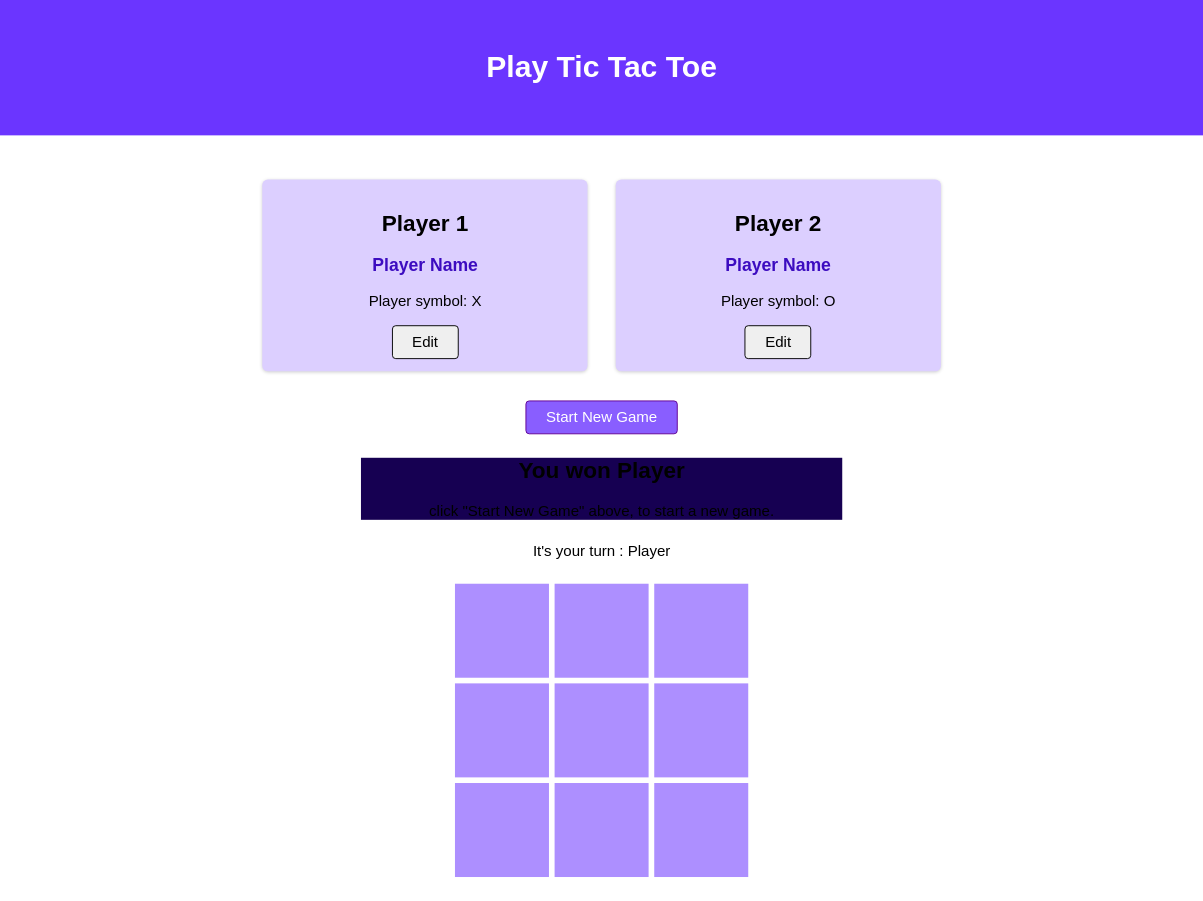
Repository: Harjot00/Wevdev
Page: Tic tac toe/index.html
These files come from the project's save history. The page is drawn as it stood at one moment and after the next save; the edit follows.
The browser window is 1280 px wide. The pictures show the whole page, at 94% of full size.
Some web fonts or font styles are not loaded; a fallback is used.

Above is the page before, as saved 2022-05-21 19:55:32.

After the next save:
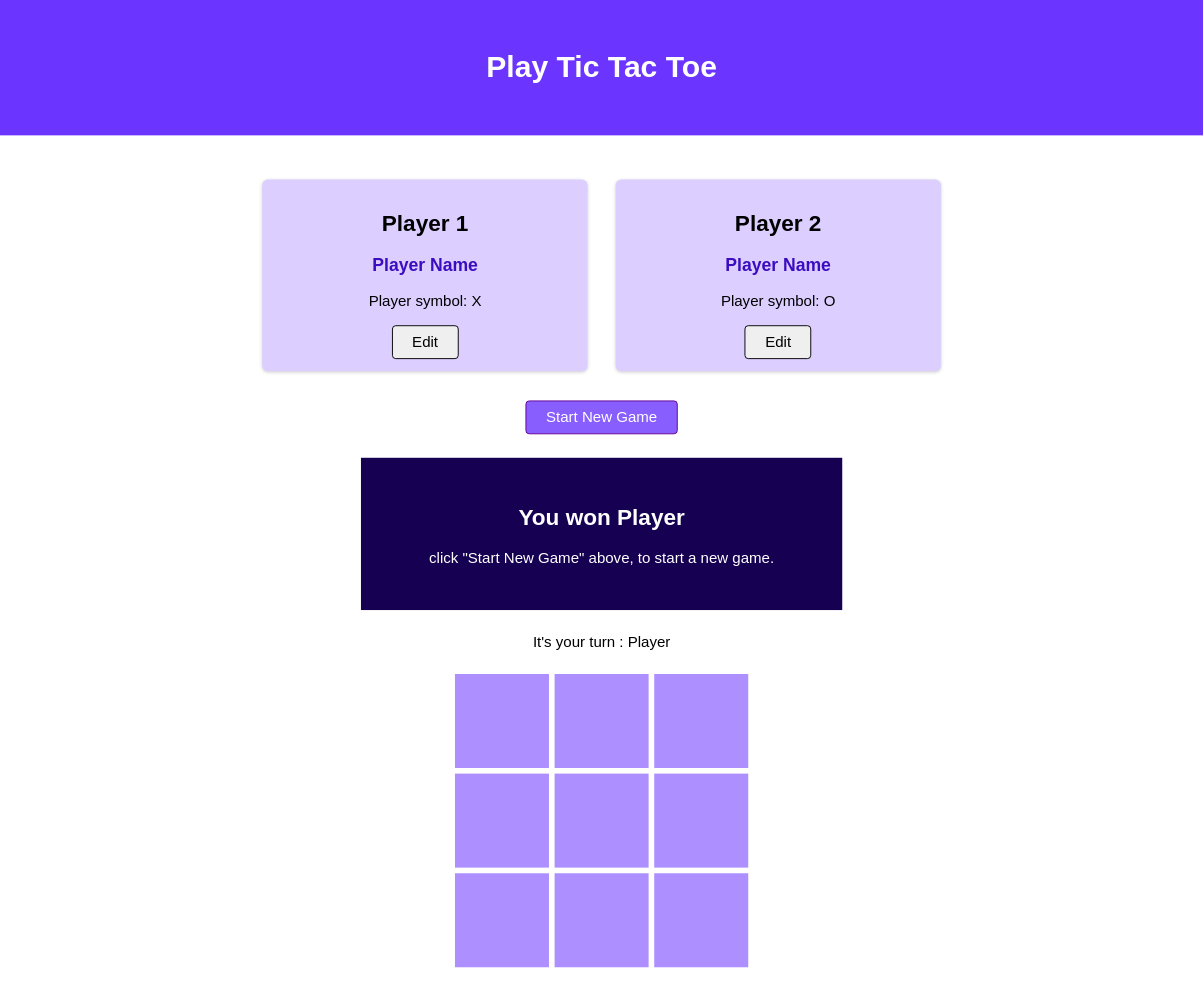
Saved 40 s later.
--- a/Tic tac toe/styles.css
+++ b/Tic tac toe/styles.css
@@ -97,6 +97,8 @@ aside input {
     width:40%;
     margin:25px auto;
     background-color:#160052;
+    padding:30px 0px;
+    color:white;
 }
 .game-board{
     list-style: none;
